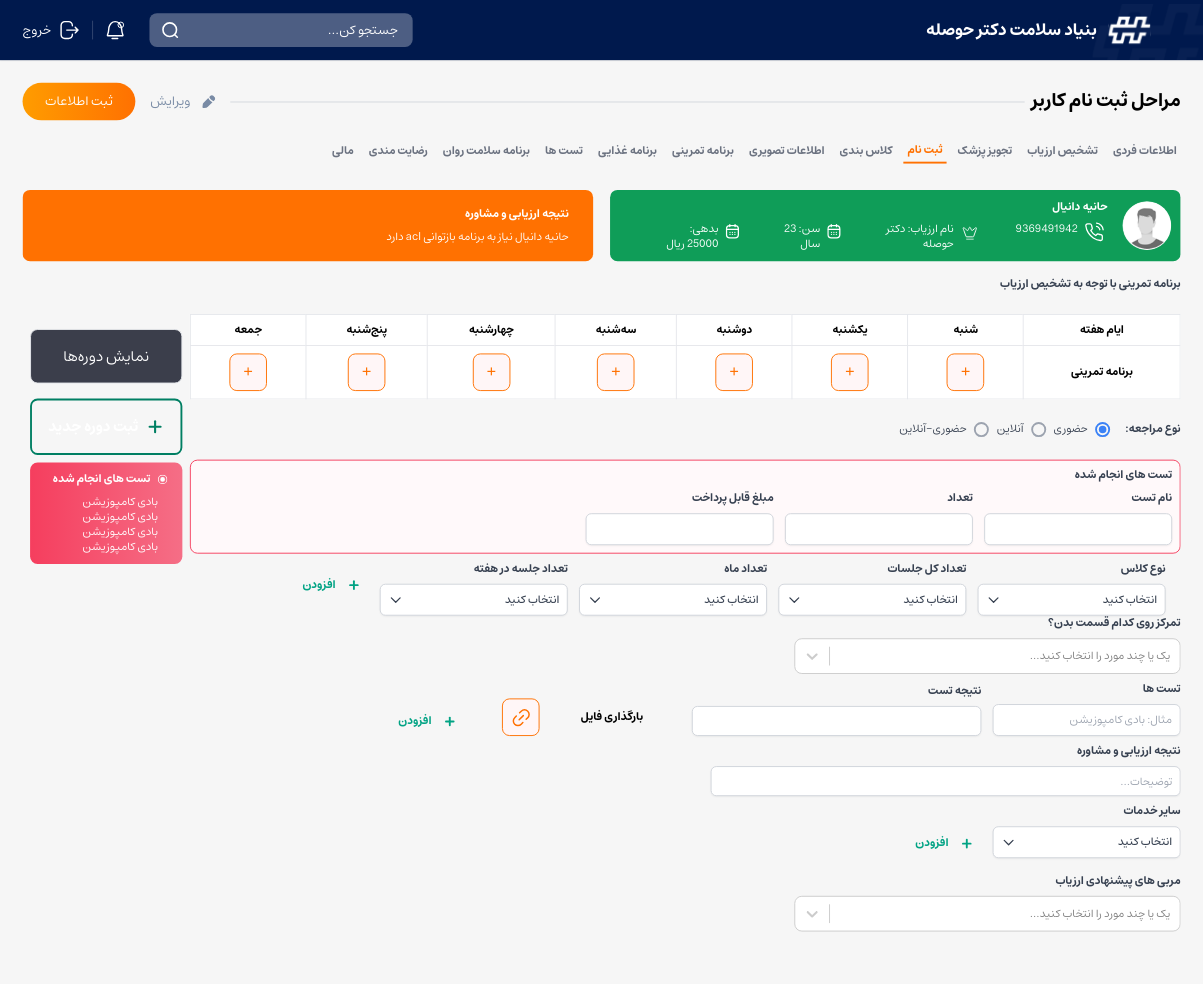
Repository: mirnajafi/ERP_hoseleh_V1.0
Page: /register, after clicking the first element matching `div.flex > :nth-child(4)`
An editor plug-in stored every save of this project. The page is shown before and after a run of saves, followed by the edit.
The browser window is 1280 px wide. The pictures show the whole page, at 94% of full size.
Some web fonts or font styles are not loaded; a fallback is used. The project was rebuilt for these pictures with package versions that can differ from the ones it lists, and the page was loaded fresh each time. The framework's server and built-in components were replaced by stand-ins that run in the browser. Also part of the build but not shown: next.config.mjs, src/components/icons/trash.tsx, src/components/weekTable/weekTable.css, src/components/icons/copy.tsx, src/components/recognitionEvaluator/recognitionEvaluator.tsx.

Above is the page before, as saved 2025-02-28 23:53:11.

After the next 2 saves:
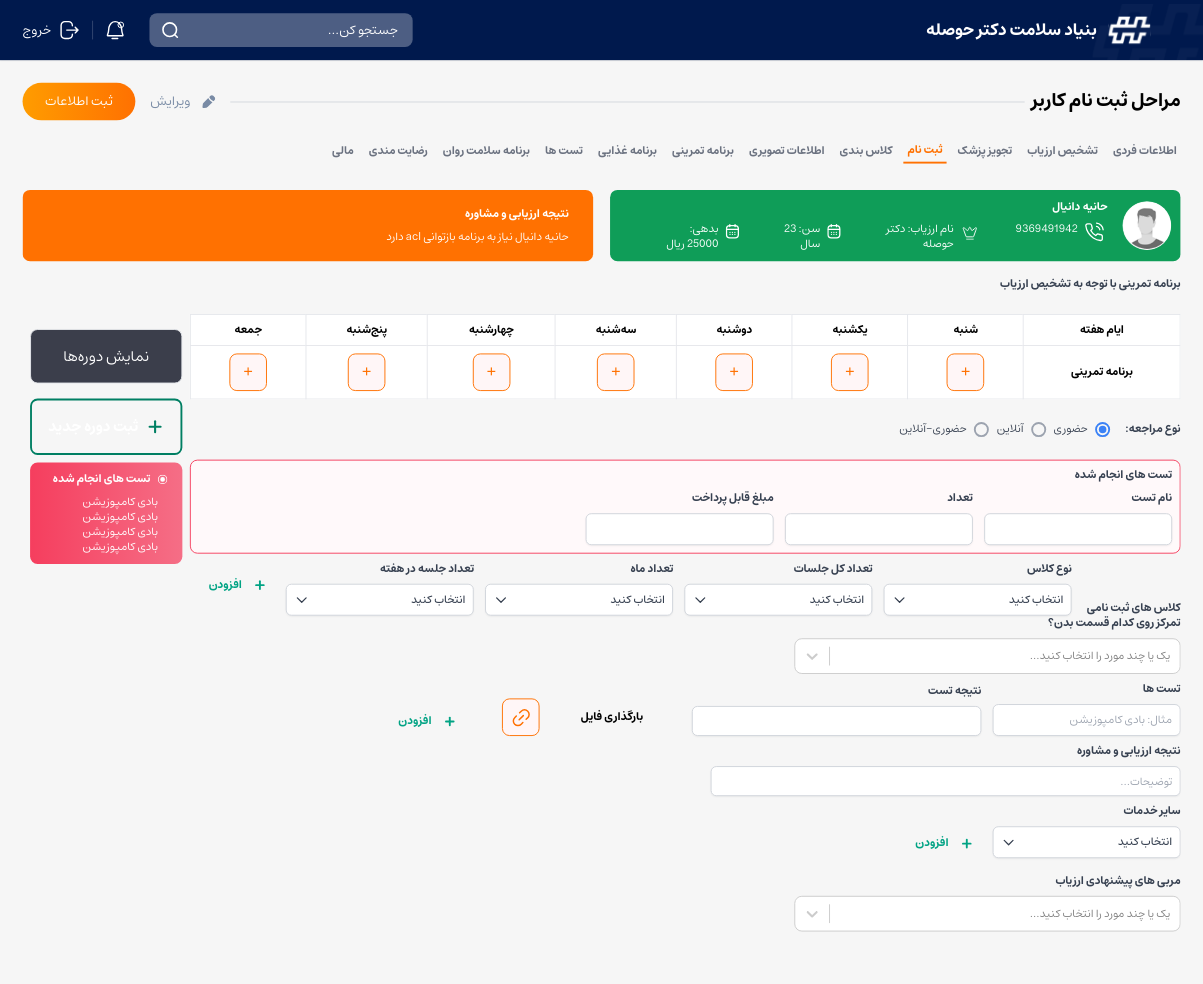
The 2 saves are shown as one change because they came seconds apart.
The last was saved 10 s later.
--- a/src/components/registration/registration.tsx
+++ b/src/components/registration/registration.tsx
@@ -111,7 +111,7 @@ const Registration = () => {
                     </div>
 
                     <div className="flex flex-col xl:flex-row w-full xl:items-end xl:justify-right ">
-                    <label className="text-xs font-bold text-gray-700 ml-4"></label>
+                        <label className="text-xs font-bold text-gray-700 ml-4">کلاس های ثبت نامی</label>
 
                         <Dropdown
                             label="نوع کلاس"
